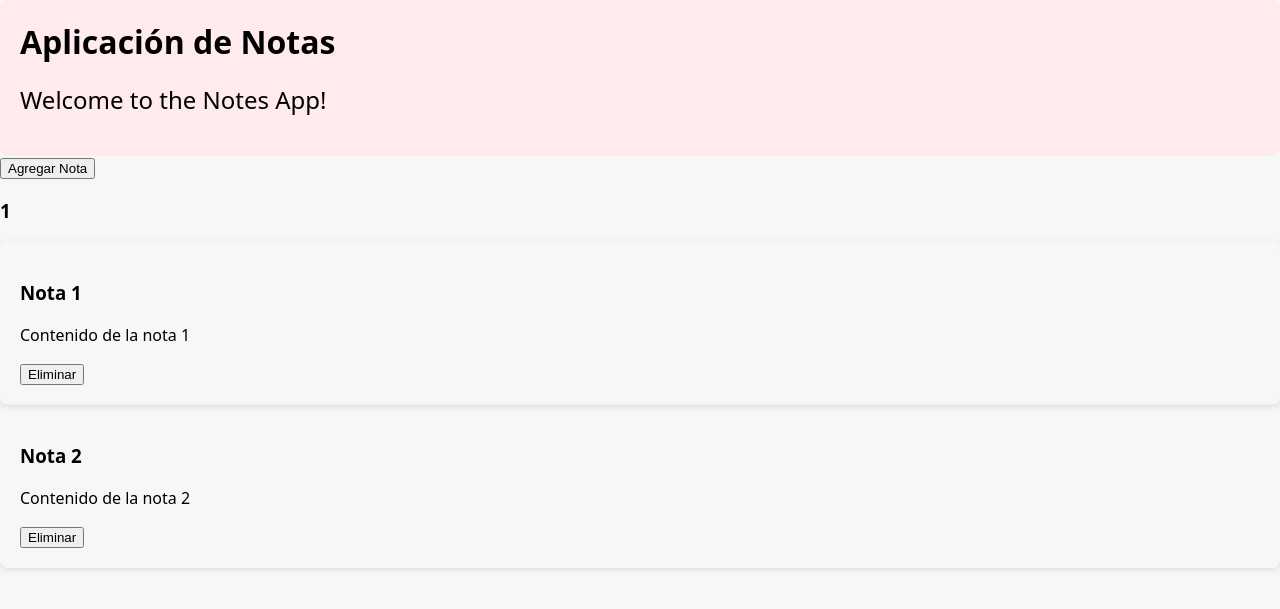
Repository: xunxuno/aplicacion_web_notas
Page: / (app in notas_web_app/)
These files come from the project's save history. The page is drawn as it stood at one moment and after the next save; the edit follows.
The browser window is 1280 px wide. The pictures show the whole page.
The project was rebuilt for these pictures with package versions that can differ from the ones it lists, and the page was loaded fresh each time. Also part of the build but not shown: notas_web_app/vite.config.ts, notas_web_app/src/components/NoteModal.tsx.

Above is the page before, as saved 2024-10-02 10:40:56.

### notas_web_app/src/main.tsx
import React from 'react';
import ReactDOM from 'react-dom/client'; // Cambiado a ReactDOM para el nuevo root API
import App from './App';
import { NotesProvider } from './contexts/NotesContext';

ReactDOM.createRoot(document.getElementById('root')!).render(
  <React.StrictMode>
    <NotesProvider>
      <App />
    </NotesProvider>
  </React.StrictMode>,
);

### notas_web_app/src/App.tsx
import React, { useState, useContext } from 'react';
import { NotesProvider, NotesContext } from './contexts/NotesContext';
import NoteCollection from './components/NoteCollection';
import NoteModal from './components/NoteModal';
import './styles.css';
import AppBar from './components/AppBar';

// Renombrar la interfaz para evitar conflictos
interface Note {
  id: string;
  title: string;
  content: string;
  collectionId: string; // Asegúrate de que esta propiedad esté aquí
}

interface NoteCollectionInterface {
  id: string;
  notes: Note[]; // Asegúrate de que aquí también se use Note[]
}

const App: React.FC = () => {
  const [isModalOpen, setModalOpen] = useState(false);
  const [activeCollectionId, setActiveCollectionId] = useState<string | null>(null);

  const { state, dispatch } = useContext(NotesContext);

  const handleAddNote = (note: Omit<Note, 'collectionId'>) => { // Omitir collectionId al recibir
    console.log("Nota a agregar:", note);
    if (activeCollectionId) {
      dispatch({
        type: 'ADD_NOTE',
        payload: {
          collectionId: activeCollectionId,
          note: { ...note, collectionId: activeCollectionId }, // Agregar collectionId
        },
      });
      console.log("Estado después de agregar:", state);
    }
    setModalOpen(false);
  };

  const handleDeleteNote = (noteId: string) => {
    dispatch({
      type: 'DELETE_NOTE',
      payload: { noteId },
    });
  };

  return (
    <NotesProvider>
      <div>
        <AppBar />

        <button onClick={() => setModalOpen(true)}>Agregar Nota</button>

        <div>
          {state.collections.map((collection: NoteCollectionInterface) => (
            <NoteCollection
              key={collection.id}
              collection={collection}
              onNoteClick={(noteId) => {
                console.log("Nota ID:", noteId);
              }}
              onCollectionClick={() => setActiveCollectionId(collection.id)}
              onNoteMove={(noteId, targetCollectionId) => {
                dispatch({ type: 'MOVE_NOTE', payload: { noteId, targetCollectionId } });
              }}
              onDelete={(noteId) => {
                handleDeleteNote(noteId);
              }}
            />
          ))}
        </div>

        {isModalOpen && (
          <NoteModal
            onClose={() => setModalOpen(false)}
            onAddNote={handleAddNote}
            activeCollectionId={activeCollectionId!} // Asegúrate de que no sea null
          />
        )}
      </div>
    </NotesProvider>
  );
};

export default App;

### notas_web_app/src/contexts/NotesContext.tsx
import React, { createContext, useReducer, ReactNode } from 'react';


// Definir el contexto
interface Note {
  id: string;
  title: string;
  content: string;
}

interface Collection {
  id: string;
  notes: Note[];
}

interface NotesState {
  collections: Collection[];
}


interface AddNoteAction {
  type: 'ADD_NOTE';
  payload: {
    collectionId: string;
    note: Note;
  };
}

interface DeleteNoteAction {
  type: 'DELETE_NOTE';
  payload: {
    collectionId: string;
    noteId: string;
  };
}

interface MoveNoteAction {
  type: 'MOVE_NOTE';
  payload: {
    noteId: string;
    targetCollectionId: string;
  };
}
type NotesAction = AddNoteAction | DeleteNoteAction | MoveNoteAction;

const initialState: NotesState = {
  collections: [
    {
      id: '1',
      notes: [
        { id: 'note-1', title: 'Nota 1', content: 'Contenido de la nota 1' },
        { id: 'note-2', title: 'Nota 2', content: 'Contenido de la nota 2' },
      ],
    },
  ],
};

const NotesContext = createContext<any>(null);

// Reducer para manejar las acciones
const notesReducer = (state: NotesState, action: NotesAction): NotesState => {
  switch (action.type) {
    case 'ADD_NOTE':
      return {
        ...state,
        collections: state.collections.map(collection => {
          if (collection.id === action.payload.collectionId) {
            return {
              ...collection,
              notes: [...collection.notes, action.payload.note], // Agregar la nueva nota
            };
          }
          return collection;
        }),
      };
    case 'DELETE_NOTE':
      return {
        ...state,
        collections: state.collections.map(collection => ({
          ...collection,
          notes: collection.notes.filter(note => note.id !== action.payload.noteId), // Eliminar la nota
        })),
      };
    case 'MOVE_NOTE':
      const { noteId, targetCollectionId } = action.payload;
      const sourceCollection = state.collections.find((collection) =>
        collection.notes.some((note) => note.id === noteId)
      );
      if (!sourceCollection) return state;

      const noteToMove = sourceCollection.notes.find((note) => note.id === noteId);
      if (!noteToMove) return state;

      return {
        ...state,
        collections: state.collections.map((collection) => {
          if (collection.id === sourceCollection.id) {
            return {
              ...collection,
              notes: collection.notes.filter((note) => note.id !== noteId),
            };
          } else if (collection.id === targetCollectionId) {
            return {
              ...collection,
              notes: [...collection.notes, noteToMove],
            };
          } else {
            return collection;
          }
        }),
      };
    default:
      return state;
  }
};


// Proveedor del contexto con soporte para 'children'
interface NotesProviderProps {
  children: ReactNode; // Definir el tipo de la prop 'children'
}

const NotesProvider: React.FC<NotesProviderProps> = ({ children }) => {
  const [state, dispatch] = useReducer(notesReducer, initialState);

  return (
    <NotesContext.Provider value={{ state, dispatch }}>
      {children}
    </NotesContext.Provider>
  );
};

export { NotesContext, NotesProvider, notesReducer };

### notas_web_app/src/components/NoteCollection.tsx
import React from 'react';
import Note from './Note';

interface NoteInterface {
  id: string;
  title: string;
  content: string;
  collectionId: string;
}

interface NoteCollectionProps {
  collection: {
    id: string;
    notes: NoteInterface[]; // Asegúrate de que sea NoteInterface
  };
  onNoteClick: (noteId: string) => void;
  onCollectionClick: () => void;
  onNoteMove: (noteId: string, targetCollectionId: string) => void;
  onDelete: (noteId: string) => void;
}


const NoteCollection: React.FC<NoteCollectionProps> = ({
  collection,
  onNoteClick,
  onCollectionClick,
  onNoteMove,
  onDelete,
}) => {
  return (
    <div onClick={onCollectionClick} style={{ cursor: 'pointer' }}>
      <h3>{collection.id}</h3>
      {collection.notes.length > 0 ? ( // Verifica si hay notas
        collection.notes.map(note => (
          <Note
            key={note.id}
            note={note} // Asegúrate de que cada nota tenga collectionId
            onClick={() => onNoteClick(note.id)}
            onDelete={() => onDelete(note.id)} // Función para eliminar la nota
          />
        ))
      ) : (
        <p>No hay notas en esta colección.</p> // Mensaje para colecciones vacías
      )}
    </div>
  );
};

export default NoteCollection;

### notas_web_app/src/styles.css
body {
    font-family: 'Noto Sans', sans-serif;
    background-color: #f7f7f7;
    margin: 0;
    padding: 0;
    color: #000;
  }

  .app-bar {
    background-color: #ffebee; /* Color pastel */
    border-radius: 8px;
    margin: 0;
    padding: 20px;
  }

  h1 {
    font-weight: bold;
    margin: 0;
  }

  h2 {
    font-weight: 400;
  }

  .button-add-note {
    margin: 20px 0;
    float: right;
    background-color: #ff8a80; /* Color pastel */
    color: #fff;
    border-radius: 50%;
  }

  .modal {
    background-color: #fff;
    border-radius: 8px;
    padding: 20px;
  }

  .note {
    padding: 20px;
    border-radius: 8px;
    box-shadow: 0 2px 6px rgba(0, 0, 0, 0.1);
    transition: transform 0.3s;
  }

  .note-title {
    font-weight: 500; /* w500 */
  }

  .note-content {
    font-size: 14px; /* Tamaño de fuente legible */
  }

  .collection {
    padding: 20px;
    border-radius: 8px;
    background-color: #ffffff;
  }

  .note-panel {
    display: flex;
    flex-wrap: wrap;
    gap: 20px;
    padding: 20px;
  }

  .note-card {
    width: 150px; /* Tamaño de las notas */
    background-color: #e1bee7; /* Color pastel dinámico */
    border-radius: 8px;
    padding: 10px;
    box-shadow: 0 2px 6px rgba(0, 0, 0, 0.1);
    position: relative;
  }

  .note-card:hover {
    transform: scale(1.05);
  }

  .edit-button, .delete-button {
    position: absolute;
    top: 5px;
    right: 5px;
    background: none;
    border: none;
    cursor: pointer;
  }

  .edit-button {
    color: #4caf50;
  }

  .delete-button {
    color: #f44336;
  }

### notas_web_app/src/components/AppBar.tsx
import React from 'react';


const AppBar: React.FC = () => {
  return (
    <div className="app-bar">
      <h1>Aplicación de Notas</h1>
      <h2>Welcome to the Notes App!</h2>
    </div>
  );
};

export default AppBar;

### notas_web_app/src/components/Note.tsx
import React from 'react';
// Note.tsx
interface Note {
  id: string;
  title: string;
  content: string;
  collectionId: string; // Asegúrate de que esto esté aquí
}

interface NoteProps {
  note: Note;
  onClick: () => void;
  onDelete: () => void;
}

const Note: React.FC<NoteProps> = ({ note, onClick, onDelete }) => {
  return (
    <div className="note" onClick={onClick} style={{ cursor: 'pointer' }}>
      <h3>{note.title}</h3>
      <p>{note.content}</p>
      <button onClick={onDelete}>Eliminar</button> {/* Botón para eliminar la nota */}
    </div>
  );
};

export default Note;

Loaded but not shown: notas_web_app/index.html (common file)

After the next save:
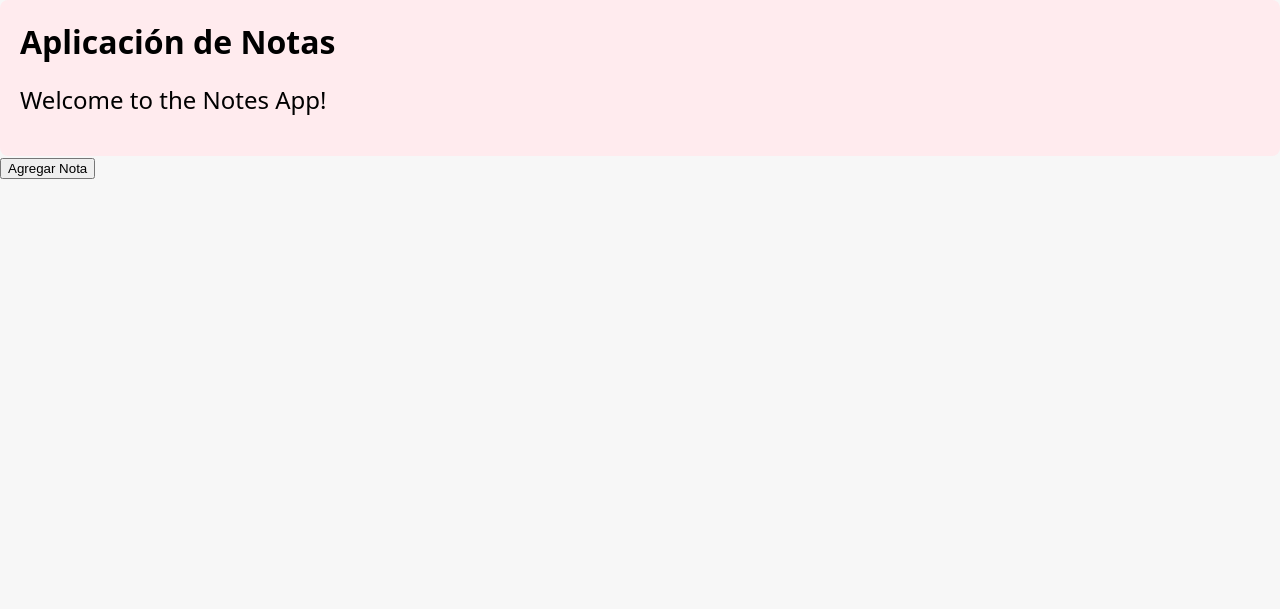
Saved 5 min 42 s later.
--- a/notas_web_app/src/contexts/NotesContext.tsx
+++ b/notas_web_app/src/contexts/NotesContext.tsx
@@ -15,6 +15,7 @@ interface Collection {
 
 interface NotesState {
   collections: Collection[];
+  noteIdCounter: number;
 }
 
 
@@ -44,15 +45,8 @@ interface MoveNoteAction {
 type NotesAction = AddNoteAction | DeleteNoteAction | MoveNoteAction;
 
 const initialState: NotesState = {
-  collections: [
-    {
-      id: '1',
-      notes: [
-        { id: 'note-1', title: 'Nota 1', content: 'Contenido de la nota 1' },
-        { id: 'note-2', title: 'Nota 2', content: 'Contenido de la nota 2' },
-      ],
-    },
-  ],
+  collections: [],
+  noteIdCounter: 0,
 };
 
 const NotesContext = createContext<any>(null);
